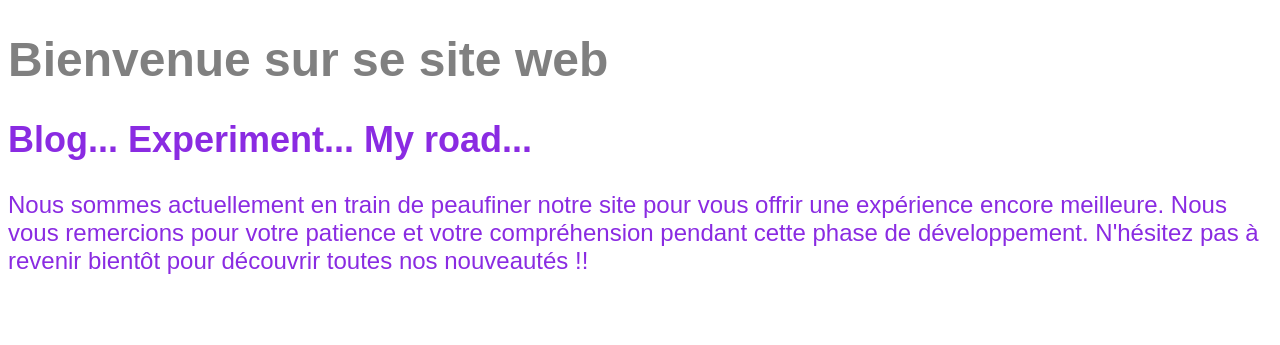
Repository: ValetteEvan/PersonalWebApp
Page: index.html
The author's editor kept a copy of each file at every save. The page is drawn from the files as they stood at one save, then again after a run of saves.
The browser window is 1280 px wide. The pictures show the whole page.

Above is the page before, as saved 2025-01-07 17:42:55.

After the next 2 saves:
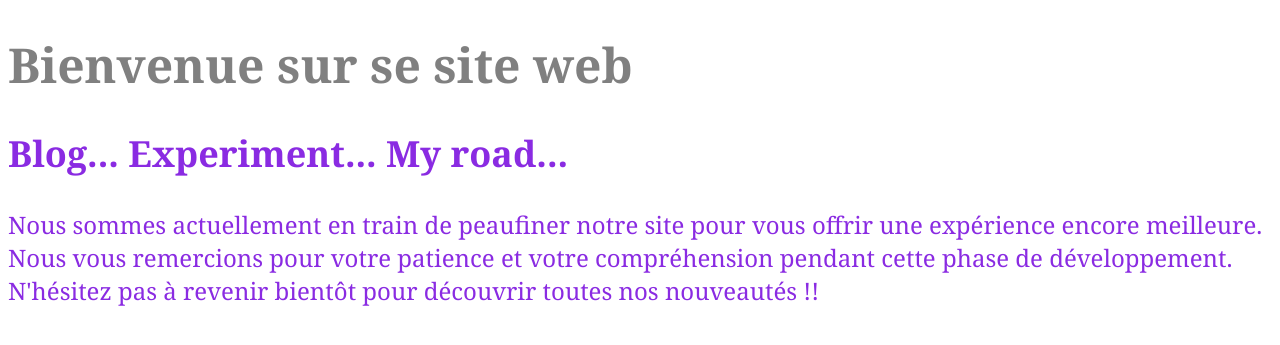
The 2 saves are shown as one change because they came seconds apart.
The last was saved 70 s later.
--- a/style.css
+++ b/style.css
@@ -3,6 +3,6 @@ h1 {
 }
 .webGlobal{
     font-size: 1.5em;
-    font-family: Arial, Helvetica, sans-serif;
+    font-family:Georgia, 'Times New Roman', Times, serif;
     color: blueviolet;
 }
